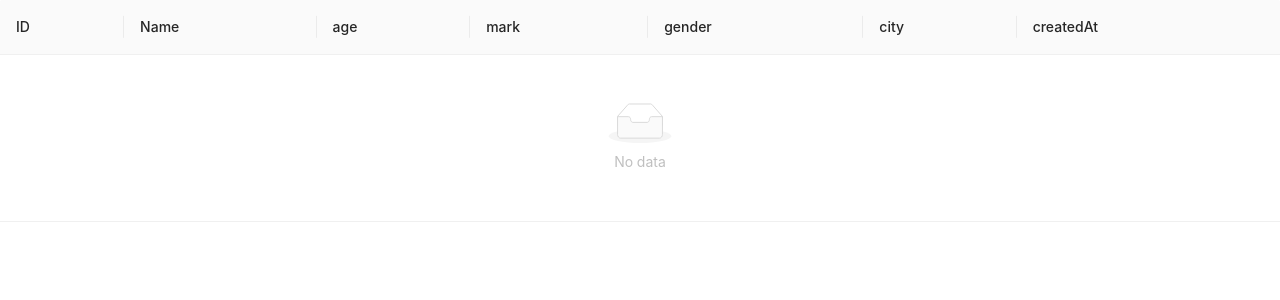
Repository: haminhdat1407/react-api-student
Page: /
An editor plug-in stored every save of this project. The page is shown before and after the next save, followed by the edit.
The browser window is 1280 px wide. The pictures show the whole page.
The page's requests for data from a server got no answer. The project was rebuilt for these pictures with package versions that can differ from the ones it lists, and the page was loaded fresh each time. No one was signed in, and anything a server would have sent is missing. Also part of the build but not shown: src/components/StudentList/style.css, src/styles.css.

Above is the page before, as saved 2022-03-12 19:46:43.

### public/index.html
<!DOCTYPE html>
<html lang="en">
  <head>
    <meta charset="utf-8" />
    <link rel="icon" href="%PUBLIC_URL%/favicon.ico" />
    <meta name="viewport" content="width=device-width, initial-scale=1" />
    <meta name="theme-color" content="#000000" />
    <meta
      name="description"
      content="Web site created using create-react-app"
    />
    <link rel="apple-touch-icon" href="%PUBLIC_URL%/logo192.png" />
    <link rel="stylesheet" href="https://cdnjs.cloudflare.com/ajax/libs/font-awesome/6.0.0/css/all.min.css" integrity="sha512-9usAa10IRO0HhonpyAIVpjrylPvoDwiPUiKdWk5t3PyolY1cOd4DSE0Ga+ri4AuTroPR5aQvXU9xC6qOPnzFeg==" crossorigin="anonymous" referrerpolicy="no-referrer" />
    <!--
      manifest.json provides metadata used when your web app is installed on a
      user's mobile device or desktop. See https://developers.google.com/web/fundamentals/web-app-manifest/
    -->
    <link rel="manifest" href="%PUBLIC_URL%/manifest.json" />

    <!--
      Notice the use of %PUBLIC_URL% in the tags above.
      It will be replaced with the URL of the `public` folder during the build.
      Only files inside the `public` folder can be referenced from the HTML.

      Unlike "/favicon.ico" or "favicon.ico", "%PUBLIC_URL%/favicon.ico" will
      work correctly both with client-side routing and a non-root public URL.
      Learn how to configure a non-root public URL by running `npm run build`.
    -->
    <title>React App</title>
  </head>
  <body>
    <noscript>You need to enable JavaScript to run this app.</noscript>
    <div id="root"></div>
    <!--
      This HTML file is a template.
      If you open it directly in the browser, you will see an empty page.

      You can add webfonts, meta tags, or analytics to this file.
      The build step will place the bundled scripts into the <body> tag.

      To begin the development, run `npm start` or `yarn start`.
      To create a production bundle, use `npm run build` or `yarn build`.
    -->
  </body>
</html>

### src/App.js
import { useEffect, useState } from 'react';
import studentApi from './apis/studentApi';
import StudentList from './components/StudentList';
import './styles.css';

export default function App() {
  const [studentList, setStudentList] = useState([]);
  const [idRemove, setIdRemove] = useState('');

  // get All
  useEffect(() => {
    try {
      (async () => {
        const responseStudent = await studentApi.getAll();
        setStudentList(responseStudent);
      })();
    } catch (error) {
      console.log(error);
    }
  }, []);

  //remove
  useEffect(() => {
    try {
      if (idRemove) {
        (async () => {
          const studentRemove = await studentApi.removeStudentByID(idRemove);
        })();
      }
    } catch (error) {
      console.log(error);
    }
  }, [idRemove]);
  const handleRemoveUser = (idDeleted) => {
    setIdRemove(idDeleted);

    const newStudentList = studentList.filter((student) => {
      // tra ve 1 mang moi...khong co id can xoa
      return student.id !== idDeleted;
    });
    setStudentList(newStudentList);
  };
  //  [dat01, dat02]].len 2 2

  //  id : "dat" + (data.lenght + 1)
  //  6 filed
  return (
    <>
      <StudentList data={studentList} onRemove={handleRemoveUser} />
    </>
  );
}

### src/apis/studentApi.js
import axiosClient from './axiosClient';

const studentApi = {
  getAll() {
    const url = `students`;
    return axiosClient.get(url);
  },

  removeStudentByID(id) {
    const url = `students/${id}`;
    return axiosClient.delete(url);
  },
};

export default studentApi;

### src/components/StudentList/index.jsx
import { Table } from 'antd';
import 'antd/dist/antd.css';
import PropTypes from 'prop-types';
import React from 'react';
import './style.css';

const { Column } = Table;

StudentList.propTypes = {
  data: PropTypes.array,
  onRemove: PropTypes.func,
};

function StudentList({ data, onRemove }) {
  const handleRemove = (id) => {
    onRemove(id);
  };

  return (
    <Table dataSource={data}>
      <Column title='ID' dataIndex='id' key='id' />
      <Column title='Name' dataIndex='name' key='name' />
      <Column title='age' dataIndex='age' key='age' />
      <Column title='mark' dataIndex='mark' key='mark' />
      <Column title='gender' dataIndex='gender' key='gender' />
      <Column title='city' dataIndex='city' key='city' />
      <Column title='createdAt' dataIndex='createdAt' key='createdAt' />
    </Table>
  );
}

export default StudentList;

// const dataStudents = [
//   {
//     key: 1,
//     id: 1,
//     name: 'John',
//     age: 'Brown',
//     mark: 32,
//     gender: 'New York No. 1 Lake Park',
//     createdAt: 1,
//     city: 1,
//   },
// ];

### src/apis/axiosClient.js
import axios from 'axios';

const axiosClient = axios.create({
  baseURL: 'https://js-post-api.herokuapp.com/api/',
  headers: {
    'Content-Type': 'application/json',
  },
});

axiosClient.interceptors.request.use(
  function (config) {
    return config;
  },
  function (error) {
    return Promise.reject(error);
  }
);

// Add a response interceptor
axiosClient.interceptors.response.use(
  function (response) {
    return response.data;
  },
  function (error) {
    return Promise.reject(error);
  }
);

export default axiosClient;

Loaded but not shown: src/index.js (common file); src/index.css (common file); src/reportWebVitals.js (common file)

After the next save:
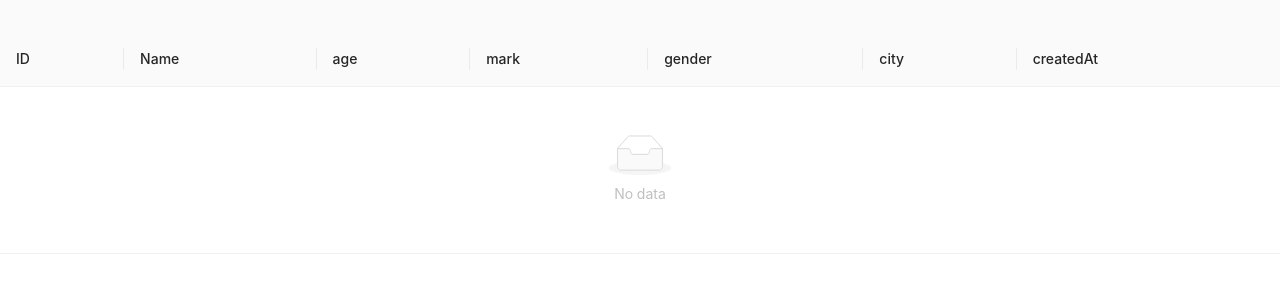
Saved 67 s later.
--- a/src/components/StudentList/index.jsx
+++ b/src/components/StudentList/index.jsx
@@ -18,13 +18,15 @@
 
   return (
     <Table dataSource={data}>
-      <Column title='ID' dataIndex='id' key='id' />
-      <Column title='Name' dataIndex='name' key='name' />
-      <Column title='age' dataIndex='age' key='age' />
-      <Column title='mark' dataIndex='mark' key='mark' />
-      <Column title='gender' dataIndex='gender' key='gender' />
-      <Column title='city' dataIndex='city' key='city' />
-      <Column title='createdAt' dataIndex='createdAt' key='createdAt' />
+      <div>
+        <Column title='ID' dataIndex='id' key='id' />
+        <Column title='Name' dataIndex='name' key='name' />
+        <Column title='age' dataIndex='age' key='age' />
+        <Column title='mark' dataIndex='mark' key='mark' />
+        <Column title='gender' dataIndex='gender' key='gender' />
+        <Column title='city' dataIndex='city' key='city' />
+        <Column title='createdAt' dataIndex='createdAt' key='createdAt' />
+      </div>
     </Table>
   );
 }

After the 3 saves that followed:
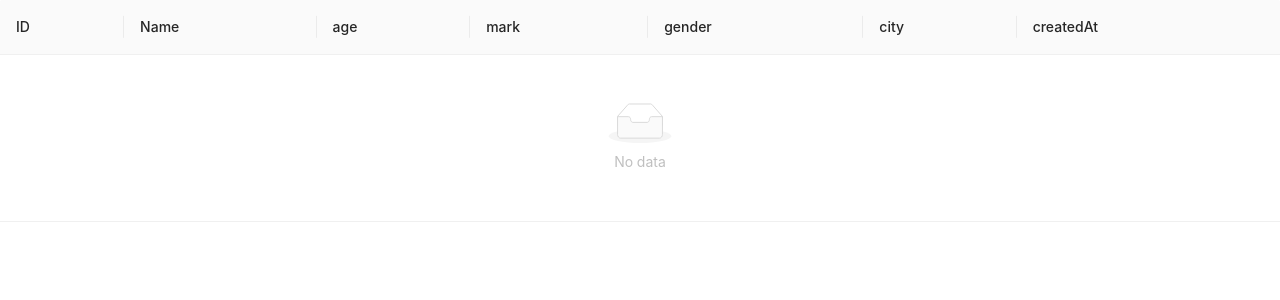
The 3 saves are shown as one change because 1 did not build or start and 1 left the picture as it was.
The last was saved 25 s later.
--- a/src/components/StudentList/index.jsx
+++ b/src/components/StudentList/index.jsx
@@ -18,15 +18,13 @@
 
   return (
     <Table dataSource={data}>
-      <div>
-        <Column title='ID' dataIndex='id' key='id' />
-        <Column title='Name' dataIndex='name' key='name' />
-        <Column title='age' dataIndex='age' key='age' />
-        <Column title='mark' dataIndex='mark' key='mark' />
-        <Column title='gender' dataIndex='gender' key='gender' />
-        <Column title='city' dataIndex='city' key='city' />
-        <Column title='createdAt' dataIndex='createdAt' key='createdAt' />
-      </div>
+      <Column title='ID' dataIndex='id' key='id' />
+      <Column title='Name' dataIndex='name' key='name' />
+      <Column title='age' dataIndex='age' key='age' />
+      <Column title='mark' dataIndex='mark' key='mark' />
+      <Column title='gender' dataIndex='gender' key='gender' />
+      <Column title='city' dataIndex='city' key='city' />
+      <Column title='createdAt' dataIndex='createdAt' key='createdAt' />
     </Table>
   );
 }
